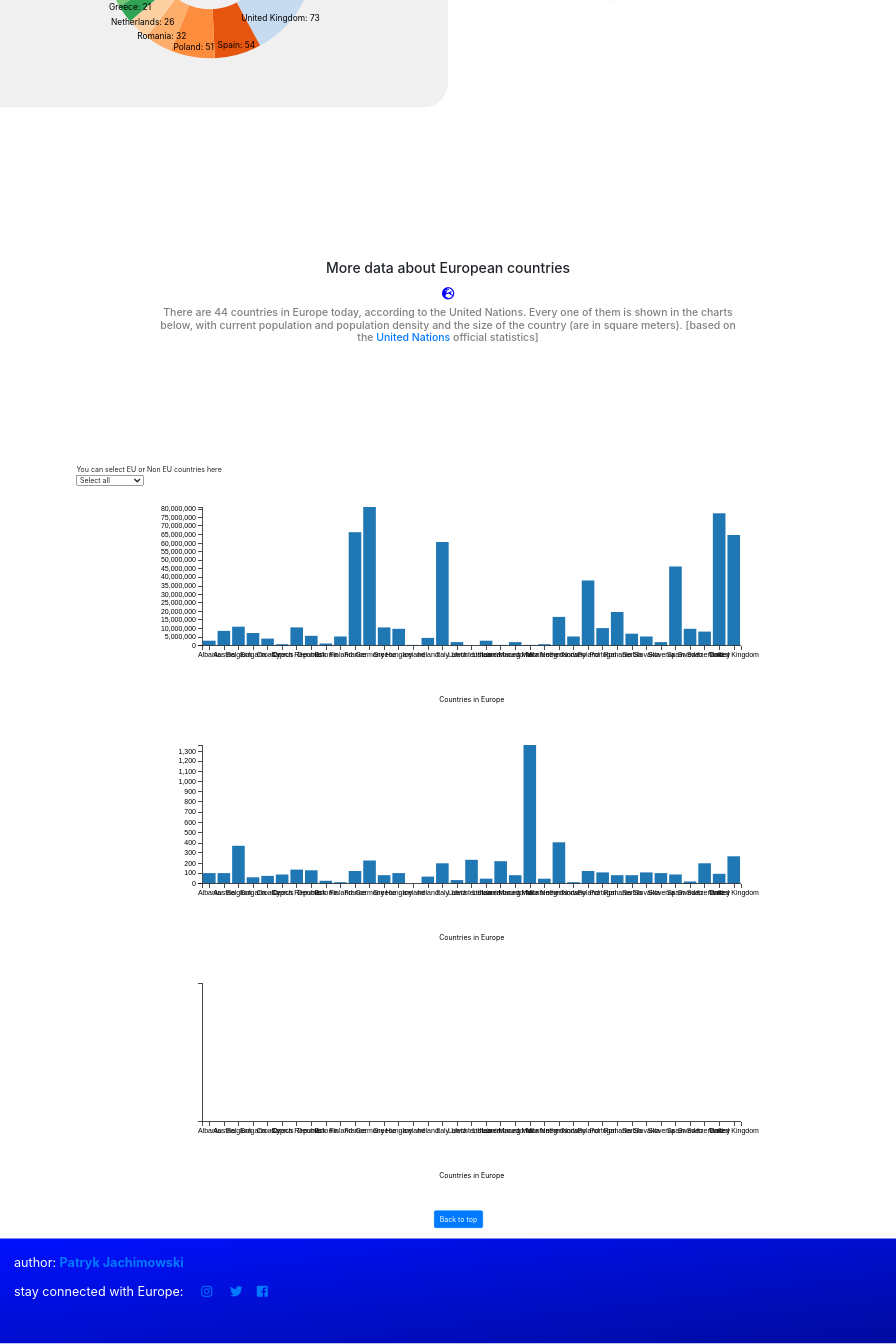
Repository: pjachimowski/renewable
Page: index.html
The author's editor kept a record of every edit. The page is drawn from the files as they stood at one moment, then again after the next edit.
The browser window is 1280 px wide. The pictures show the part of the page from y = 2945 to 4865 px (the page is 4865 px tall), at 70% of full size.
Backgrounds fixed to the window are drawn as part of the page. Some web fonts or font styles are not loaded; a fallback is used. Some web libraries are served in a nearby version.

Above is the page before.

### index.html
<!DOCTYPE html>
<html lang="en">

<head>
    <meta charset="UTF-8">
    <meta name="viewport" content="width=device-width, initial-scale=1.0">
    <meta http-equiv="X-UA-Compatible" content="ie=edge">

    <title>EU Stats</title>

    <link rel="stylesheet" href="static/css/style.css" type="text/css" />
    <link rel="stylesheet" href="static/css/dc.min.css" type="text/css" />
    <link rel="stylesheet" href="static/css/bootstrap.min.css" type="text/css" />
    <link rel="stylesheet" href="https://maxcdn.bootstrapcdn.com/bootstrap/4.1.3/css/bootstrap.min.css">
    <link rel="stylesheet" href="https://use.fontawesome.com/releases/v5.6.1/css/all.css" integrity="sha384-gfdkjb5BdAXd+lj+gudLWI+BXq4IuLW5IT+brZEZsLFm++aCMlF1V92rMkPaX4PP" crossorigin="anonymous">
    <link href="https://fonts.googleapis.com/css?family=Akronim|Raleway" rel="stylesheet">




    <script type="text/javascript" src="static/js/d3.min.js"></script>
    <script type="text/javascript" src="static/js/crossfilter.min.js"></script>
    <script type="text/javascript" src="static/js/dc.min.js"></script>
    <script type="text/javascript" src="static/js/queue.min.js"></script>
    <script type="text/javascript" src="static/js/graphs2.js"></script>

</head>

<body>
    <!------ anchor for back-to-top-btn -->
    <a name="top"></a>


    <!-- navbar --------------------------------------------------------------------------------------------->

    <nav class="mynavbar navbar-expand-sm">
        <div>
            <a href="/index.html">
                <p class="fas fa-home home"></p>
            </a>
        </div>
    </nav>




    <!---- reset button -------------------------------------

    <button id="reset-btn" class="resetbtn" href="#"><i class="fas fa-redo-alt"></i></button>
    --------------------------->
    <!-- callout --------------------------------------------------------------------------------------------->

    <section class="container-callout container-fluid">
        <div class="opaque-overlay">&nbsp;</div>
        <div class="row">
            <div class="col-12 text-center">
                <div>
                    <h1 class="title1">Introduction to European Union</h1>
                </div>
                <div>
                    <p class="title2">The EU is a unique political and economic union between 28 countries.
                    </p>
                    <p class="title3">Let's start with the video:</p>
                    <iframe width="560" height="315" src="https://www.youtube.com/embed/9eufLQ3sew0" frameborder="0" allow="accelerometer; autoplay; encrypted-media; gyroscope; picture-in-picture" allowfullscreen></iframe>
                </div>
            </div>
        </div>

    </section>
    <!------- intro ------->

    <section class="container-callout-2">
        <div class="row">
            <div class="col-2"></div>
            <div class="col-8 intro text-center">
                <div>
                    <h2>About European Union</h2>
                </div>
                <i class="fas fa-globe-europe devider"></i>
                <div>
                    <h4 class="text2">
                        The European Union (EU) is a political and economic union of 28 member states that are located primarily in Europe. The land area of the Union has 4,475,757 km2 and the population of about 510 million. What EU has developed, is an internal single market
                        through a system of standardised laws and regulations that apply in all member countries, and only those matters, where members have agreed to act as one. The policies created by Union aim to ensure the free movement of people,
                        goods, services and capital within the internal market, enact legislation in justice and home affairs and maintain common policies on trade, agriculture, fisheries and regional development. For travel within the Schengen Area,
                        passport controls have been abolished. There is also a monetary union with EU which was established in 1999. That system began its existence at the begining of 2002 and is composed of 19 EU member states which use the euro currency.
                    </h4>
                </div>
            </div>
            <div class="col-2"></div>
        </div>

    </section>


    <!---- graphs ------------------->


    <section>

        <!--- members---------->
        <!--- text sourced from https://en.wikipedia.org/wiki/Main_Page --->

        <div class="row chart1">
            <div class="col-1">
            </div>
            <div class="col-5">
                <div class="about-charts"><img class="about-charts-img" src="assets/members.jpg" alt="European Council">
                    <p></p>The Treaty on the European Union states that any European country may apply for membership if it respects the democratic values of the EU. The first step is for the country to meet the key criteria for accession. These were defined
                    in Copenhagen in 1993 and are hence referred to as 'Copenhagen criteria'.
                    </p>
                </div>
            </div>
            <div class="col-6 card-styling">
                <div class="charts-r" id="members_balance">
                </div>
            </div>
        </div>

        <!--- year of accession ---------->
        <!--- text sourced from https://en.wikipedia.org/wiki/Main_Page --->

        <div class="row chart1">
            <div class="col-6 card-stylingl">
                <div class="charts-l" id="year_accession">
                </div>
            </div>
            <div class="col-5">
                <div class="about-charts"><img class="about-charts-img" src="assets/accession.jpg" alt="European Council">
                    <p></p>Through successive enlargements, the European Union has grown from the six founding states (Belgium, France, West Germany, Italy, Luxembourg, and the Netherlands) to the current 28. There are six countries that are recognised as
                    candidates for membership: Albania, Iceland, North Macedonia, Montenegro, Serbia, and Turkey.
                    </p>
                </div>
                <div class="col-1">
                </div>
            </div>

        </div>


        <!--- council votes  ---------->
        <!--- text sourced from https://en.wikipedia.org/wiki/Main_Page --->
        <div class="row chart1">
            <div class="col-1">
            </div>
            <div class="col-5">
                <div class="about-charts"><img class="about-charts-img" src="assets/council1.jpg" alt="European Council">
                    <p></p>The European Council is a collective body that defines the European Union's overall political direction and priorities. It comprises the heads of state or government of the EU member states, along with the President of the European
                    Council and the President of the European Commission.
                    </p>
                </div>
            </div>
            <div class="col-6 card-styling">
                <div class="charts-r" id="council_votes">
                </div>
            </div>
        </div>


        <!--- parliment seats ---------->
        <!--- text sourced from https://en.wikipedia.org/wiki/Main_Page --->
        <div class="row chart1">
            <div class="col-6 card-stylingl">
                <div class="charts-l" id="parliament-seats">
                </div>
            </div>
            <div class="col-5">
                <div class="about-charts"><img class="about-charts-img" src="assets/parliment.png" alt="European Parliment">
                    <p></p>The European Parliament (EP) is the legislative branch of the European Union and one of its seven institutions. Together with the Council of the European Union, it adopts European legislation, normally on a proposal from the European
                    Commission.
                    </p>
                </div>
                <div class="col-1">
                </div>
            </div>
        </div>



        <section class="container-callout-2">
            <div class="row">
                <div class="col-2"></div>
                <div class="col-8 intro text-center">
                    <div>
                        <h2>More data about European countries</h2>
                    </div>
                    <i class="fas fa-globe-europe devider"></i>
                    <div>
                        <h4 class="text2">
                            There are 44 countries in Europe today, according to the United Nations. Every one of them is shown in the charts below, with current population and population density and the size of the country (are in square meters). [based on the
                            <a
                                href="https://unstats.un.org/home/">United Nations </a>official statistics]
                        </h4>
                    </div>
                </div>
                <div class="col-2"></div>
            </div>

        </section>
        <!------------------selector ---------------------------------------->
        <div class="row chart3">
            <div class="col-1">
            </div>
            <div class="col-10 card-styling-3" id="selector">
                <div class="selecter-in">You can select EU or Non EU countries here</div>
                </div>
            <div class="col-1">
            </div>
        </div>

        <!------------------ Population ---------------------------------------------->

        <div class="row chart3">
            <div class="col-1">
            </div>

            <div class="col-10 card-styling-3">
                <div class="charts-r text-rotate" id="population-chart">
                </div>
            </div>
            <div class="col-1">
            </div>
        </div>

        <!------------------ Population Density ---------------------------------------------->

        <div class="row chart3">
            <div class="col-1">
            </div>

            <div class="col-10 card-styling-3">
                <div class="charts-r text-rotate" id="population-density-chart">
                </div>
            </div>
            <div class="col-1">
            </div>
        </div>

        <!------------------ Area chart  ---------------------------------------->

        <div class="row chart3">
            <div class="col-1">
            </div>

            <div class="col-10 card-styling-3">
                <div class="charts-r text-rotate" id="area-chart">
                </div>
            </div>
            <div class="col-1">
            </div>
        </div>

    </section>

    <!------------------ Back to top ---------------------------------------------->
    <div class="row">
        <div class="col-12 go-up-btn">

            <a class="btn btn-primary" href="#top">Back to top</a>

        </div>
    </div>


    <footer class="">
        <div class="footer">

            <p class="author">author: <a href="https://github.com/pjachimowski"><strong>Patryk Jachimowski</strong></a></p>
            <p class="stay-connected">stay connected with Europe: &nbsp; &nbsp;
                <a href="https://www.instagram.com/eucouncil/"><i class="fab fa-instagram"></i></a> &nbsp; &nbsp;
                <a href="https://twitter.com/EU_Commission"><i class="fab fa-twitter"></i></a>&nbsp; &nbsp;
                <a href="https://www.facebook.com/EuropeanCommission/"><i class="fab fa-facebook-square"></i></a></p>
        </div>

    </footer>
</body>

</html>

### static/css/style.css
html {
    scroll-behavior: smooth;
}

html,
body {
    overflow-x: hidden;
}

body {
    font-family: "Railway", sans-serif;
    margin: 0;
    padding: 0;
}


/*------- navbar ---------------*/

.home {
    color: white;
    font-size: large;
    margin: 15px 15px 15px 15px;
}

.mynavbar {
    background-image: linear-gradient(to bottom right, #000B9F, #0011FF);
    position: relative;
    min-height: 50px;
    margin-bottom: 0px;

}
/* ------- reset & go up btns -----------*/

.resetbtn {
    position: fixed;
    width: 50px;
    height: 50px;
    background: #FFF924;
    bottom: 20px;
    right: 20px;
    z-index: +1;
    text-decoration: none;
    text-align: center;
    line-height: 50;
    color: white;
    font-size: 22px;
    border-radius: 10px;
}

.go-up-btn {
    align-items: center;
    text-align: center;
    justify-content: center;
    margin: 15px 15px;
}



/*------- callout -----------*/

.container-callout {
    height: 100vh;
    background: url("../../assets/background1.jpg") no-repeat bottom right fixed;
    -webkit-background-size: cover;
    -moz-background-size: cover;
    -o-background-size: cover;
    background-size: cover;
    display: flex;
    align-items: center;
    justify-content: center;
    position: relative;
    margin-bottom: 50px;
}

.container-callout2 {
    height: 100vh;
    background: url("../../assets/blue-2806_1920.jpg") no-repeat bottom right fixed;
    -webkit-background-size: cover;
    -moz-background-size: cover;
    -o-background-size: cover;
    background-size: cover;
    display: flex;
    align-items: center;
    justify-content: center;
    position: relative;
    margin-bottom: 50px;
}

.opaque-overlay {
    position: absolute;
    top: 0;
    left: 0;
    height: 100%;
    width: 100%;
    background-color: rgba(0, 0, 0, 0.5);
}

.title1 {
    color: white;
    text-transform: uppercase;

}

.title2 {
    font-size: medium;
    text-transform: uppercase;
    margin: 10px 50px 15px 50px;
    display: block;
    color: white;
}

.title3 {
    font-size: medium;
    font-style: italic;
    margin: 10px 50px 15px 50px;
    display: block;
    color: white;
}
/*---------- intro ----------*/

.container-callout-2 {
    height: 50vh;
    margin-bottom: 50px;
    -webkit-background-size: cover;
    -moz-background-size: cover;
    -o-background-size: cover;
    background-size: cover;
    display: flex;
    align-items: center;
    justify-content: center;
    position: relative;
}

.devider {
    color: blue;
    font-size: large;
    margin: 10px;
}

.text2 {
    color: gray;
}

/* ----------- charts cointainers --------*/

.chart1 {
    display: block;
    margin: 15px 10px 100px 10px;
}

.card-styling {
    background-color: #F0F0F0;
    border-radius: 35px 0px 0px 35px;

}

.card-stylingl {
    background-color: #F0F0F0;
    border-radius: 0px 35px 35px 0px;

}

.charts-r {
    margin: 20px 20px 20px 100px;
    align-items: center;
}

.charts-l {
    margin: 20px 20px 20px 100px;
    align-items: center;
}

.about-charts {
    text-align: center;
    padding: 0px 40px 0px 40px;
    font-size: medium;
}

.about-charts-img {
    height: 100px;
    margin: 40px 0px 20px 0px;
}

/* ---------- footer ---------*/

.footer {
    background-image: linear-gradient(to bottom right, #0011FF, #000B9F);
    min-height: 150px;
    width: 100%;
    color: white;
    position: relative;
}

.author {
    font-size: large;
    padding: 20px 40px 0px 20px;
}

.stay-connected {
    font-size: large;
    padding: 5px 40px 0px 20px;
}

.fa-instagram {
    font-size: large;
}

### static/js/graphs2.js
queue()
    .defer(d3.csv, "data/states.csv")
    .await(makeGraphs);

function makeGraphs(error, statesData) {
    var ndx = crossfilter(statesData);

    // bar charts

    show_members_balance(ndx);
    show_year_accession(ndx);

    // selector

    show_selector(ndx);

    // pie charts

    show_council_votes(ndx);
    show_parliament_seats(ndx);

    show_population_chart(ndx);
    show_population_density_chart(ndx);
    show_area_chart(ndx);

    dc.renderAll();
}

/* ------ show_members_balance --------*/

function show_members_balance(ndx) {
    var dim = ndx.dimension(dc.pluck('European_Union'));
    var group = dim.group();

    dc.barChart("#members_balance")
        .width(400)
        .height(300)
        .margins({ top: 10, right: 50, bottom: 30, left: 50 })
        .dimension(dim)
        .group(group)
        .transitionDuration(500)
        .x(d3.scale.ordinal())
        .xUnits(dc.units.ordinal)
        .elasticY(true)
        .xAxisLabel("Countries in Europe")
        .yAxis().ticks(10);
}

/* ------ show_year_accession --------*/

function show_year_accession(ndx) {
    var dim = ndx.dimension(dc.pluck('Accession_Year'));
    var group = dim.group();

    dc.barChart("#year_accession")
        .width(400)
        .height(300)
        .margins({ top: 10, right: 50, bottom: 30, left: 50 })
        .dimension(dim)
        .group(group)
        .transitionDuration(500)
        .x(d3.scale.ordinal())
        .xUnits(dc.units.ordinal)
        .elasticY(true)
        .xAxisLabel("Countries in Europe")
        .yAxis().ticks(5);
}

/* ----- show_council_votes ------------*/

function show_council_votes(ndx) {
    var dim = ndx.dimension(d => d.country);
    var group = dim.group().reduceSum(d => d.council_votes);

    dc.pieChart("#council_votes")
        .height(400)
        .width(400)
        .radius(150)
        .slicesCap(37)
        .innerRadius(50)
        .dimension(dim)
        .group(group)
        .renderLabel(true)
        .drawPaths(false)
        .externalLabels(-2)
        .on('pretransition', function(chart) {
            chart.selectAll('text.pie-slice').text(function(d) {
                if (d.data.value > 13) {
                    return d.data.key + ': ' + d.data.value;
                }
                return "";
            });
        });
}


/* ------- show_parliament_seats -------*/

function show_parliament_seats(ndx) {
    var dim = ndx.dimension(d => d.country);
    var group = dim.group().reduceSum(d => d.parliament_seats);

    dc.pieChart("#parliament-seats")
        .height(400)
        .width(400)
        .radius(150)
        .slicesCap(37)
        .innerRadius(80)
        .dimension(dim)
        .group(group)
        .renderLabel(true)
        .drawPaths(false)
        .externalLabels(-10)
        .on('pretransition', function(chart) {
            chart.selectAll('text.pie-slice').text(function(d) {
                if (d.data.value > 20) {
                    return d.data.key + ': ' + d.data.value;
                }
                return "";
            });
        });
}

/* ------- show_population_chart -------*/

function  show_population_chart(ndx) {
    var dim = ndx.dimension(d => d.country);
    var group = dim.group().reduceSum(d => d.Population);

    dc.barChart("#population-chart")
        .width(900)
        .height(300)
        .margins({ top: 10, right: 50, bottom: 80, left: 80 })
        .dimension(dim)
        .group(group)
        .transitionDuration(500)
        .x(d3.scale.ordinal())
        .xUnits(dc.units.ordinal)
        //.elasticY(true)
        .xAxisLabel("Countries in Europe")
        .yAxis().ticks(15)
}

/* ------- show_population_chart -------*/

function  show_population_chart(ndx) {
    var dim = ndx.dimension(d => d.country);
    var group = dim.group().reduceSum(d => d.Population);

    dc.barChart("#population-chart")
        .width(900)
        .height(300)
        .margins({ top: 10, right: 50, bottom: 80, left: 80 })
        .dimension(dim)
        .group(group)
        .transitionDuration(500)
        .x(d3.scale.ordinal())
        .xUnits(dc.units.ordinal)
        .elasticY(true)
        .xAxisLabel("Countries in Europe")
        .yAxis().ticks(15)
}
/* ------- show_Population_Density_chart -------*/

function  show_population_density_chart(ndx) {
    var dim = ndx.dimension(d => d.country);
    var group = dim.group().reduceSum(d => d.Population_Density);

    dc.barChart("#population-density-chart")
        .width(900)
        .height(300)
        .margins({ top: 10, right: 50, bottom: 80, left: 80 })
        .dimension(dim)
        .group(group)
        .transitionDuration(500)
        .x(d3.scale.ordinal())
        .xUnits(dc.units.ordinal)
        .elasticY(true)
        .xAxisLabel("Countries in Europe")
        .yAxis().ticks(15)
}


/* ------- show_Area_(km²)_chart -------*/

function  show_area_chart(ndx) {
    var dim = ndx.dimension(d => d.country);
    var group = dim.group().reduceSum(d => d.area_km);

    dc.barChart("#area-chart")
        .width(900)
        .height(300)
        .margins({ top: 10, right: 50, bottom: 80, left: 80 })
        .dimension(dim)
        .group(group)
        .transitionDuration(500)
        .x(d3.scale.ordinal())
        .xUnits(dc.units.ordinal)
        .elasticY(true)
        .xAxisLabel("Countries in Europe")
        .yAxis().ticks(15)
}

/* -------- eu / non eu / condidate SELECTOR ---------- */

function show_selector(ndx) {
    var dim = ndx.dimension(dc.pluck('European_Union'));
    var group = dim.group();

    dc.selectMenu("#selector")
        .dimension(dim)
        .group(group);
}

Loaded but not shown: static/css/dc.min.css (library); static/css/bootstrap.min.css (library); static/js/d3.min.js (library); static/js/crossfilter.min.js (library); static/js/dc.min.js (library); static/js/queue.min.js (common file)

After the next edit:
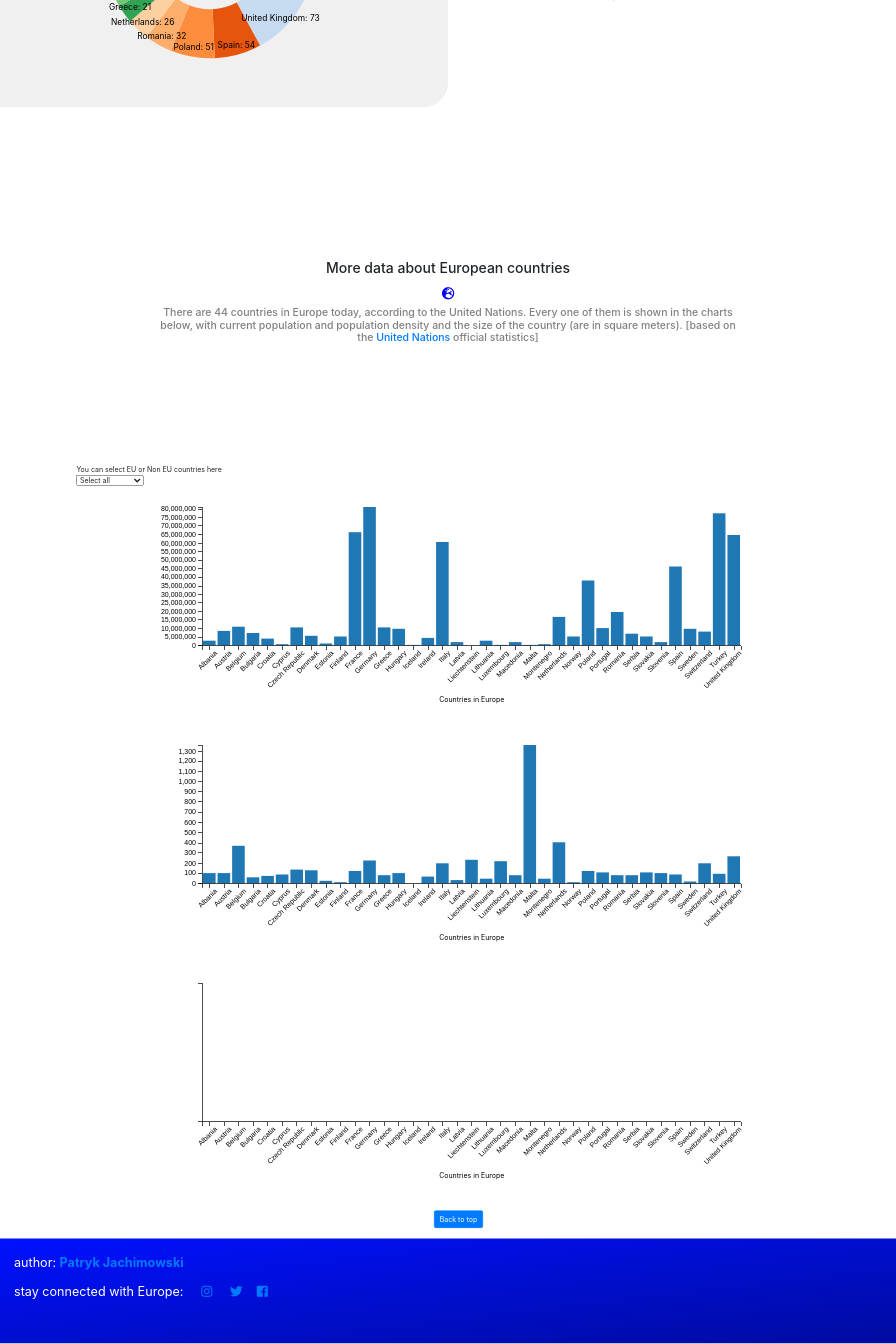
The edit:
--- a/static/css/style.css
+++ b/static/css/style.css
@@ -54,6 +54,10 @@
     margin: 15px 15px;
 }
 
+.text-rotate .x.axis text {
+    text-anchor: end !important;
+    transform: rotate(-45deg);
+}
 
 
 /*------- callout -----------*/
